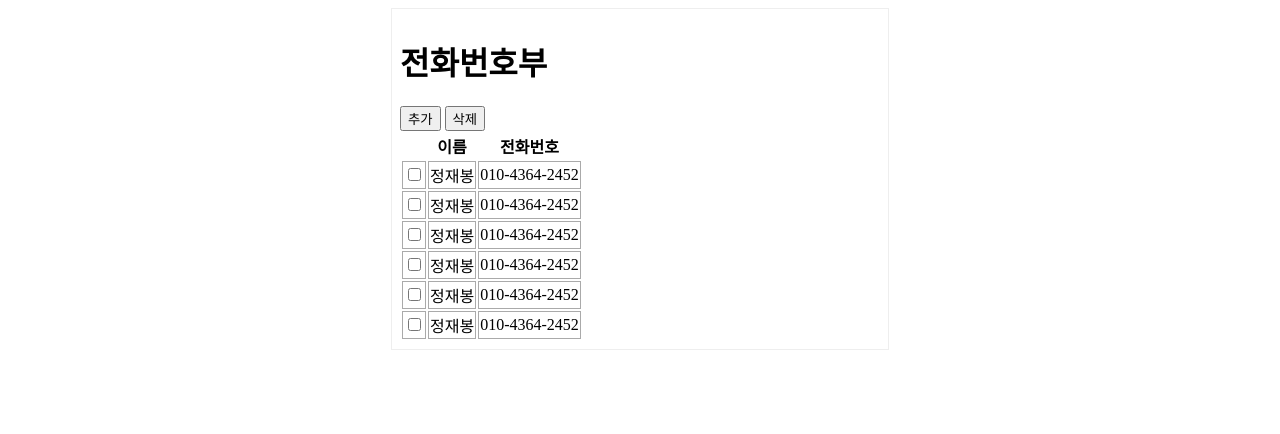
Repository: limjh0513/DGSW_JAVA
Page: http://localhost/web/phoneBook/phoneBook.html
An editor plug-in stored every save of this project. The page is shown before and after the next save, followed by the edit.
The browser window is 1280 px wide. The pictures show the whole page.
The page is served by Tomcat 9. Other server files are loaded and not shown.

Above is the page before, as saved 2021-11-03 02:15:35.

### 2학기/JAVA_WEB/web/src/main/webapp/phoneBook/phoneBook.html
<!DOCTYPE html>
<html>
<head>
<meta charset="EUC-KR">
<title>전화번호부</title>
<link rel="stylesheet" href="css/phoneBook.css" />
</head>
<body>
	<div class="main">
		<h1>전화번호부</h1>
		<div >
			<button>추가</button>
			<button>삭제</button>
		</div>

		<table>
			<thead>
				<tr>
					<th></th>
					<th>이름</th>
					<th>전화번호</th>
				</tr>
			</thead>
			<tbody>
				<tr>
					<td><input type="checkbox" /></td>
					<td>정재봉</td>
					<td>010-4364-2452</td>
				</tr>
			<tbody>
				<tr>
					<td><input type="checkbox" /></td>
					<td>정재봉</td>
					<td>010-4364-2452</td>
				</tr>
			<tbody>
				<tr>
					<td><input type="checkbox" /></td>
					<td>정재봉</td>
					<td>010-4364-2452</td>
				</tr>
			<tbody>
				<tr>
					<td><input type="checkbox" /></td>
					<td>정재봉</td>
					<td>010-4364-2452</td>
				</tr>
			<tbody>
				<tr>
					<td><input type="checkbox" /></td>
					<td>정재봉</td>
					<td>010-4364-2452</td>
				</tr>
			<tbody>
				<tr>
					<td><input type="checkbox" /></td>
					<td>정재봉</td>
					<td>010-4364-2452</td>
				</tr></table>
	</div>
</b
		ody>
</html>

### 2학기/JAVA_WEB/web/src/main/webapp/phoneBook/css/phoneBook.css
@charset "EUC-KR";

.main {
	width: 30rem;
	border: 1px solid #EEE;
	margin: 0 auto 0 auto;
	padding: 0.5rem;
}

.btn{
	text-align: rigth;
	padding-right: 3rem;
	margin-bottom: 0.5rem;
}

.list{
	width: 95%;
	margin: 0 auto 0 auto;
	border-collapse: collapse;
}

.list th, td{
	border: 1px solid #AAA;
}

After the next save:
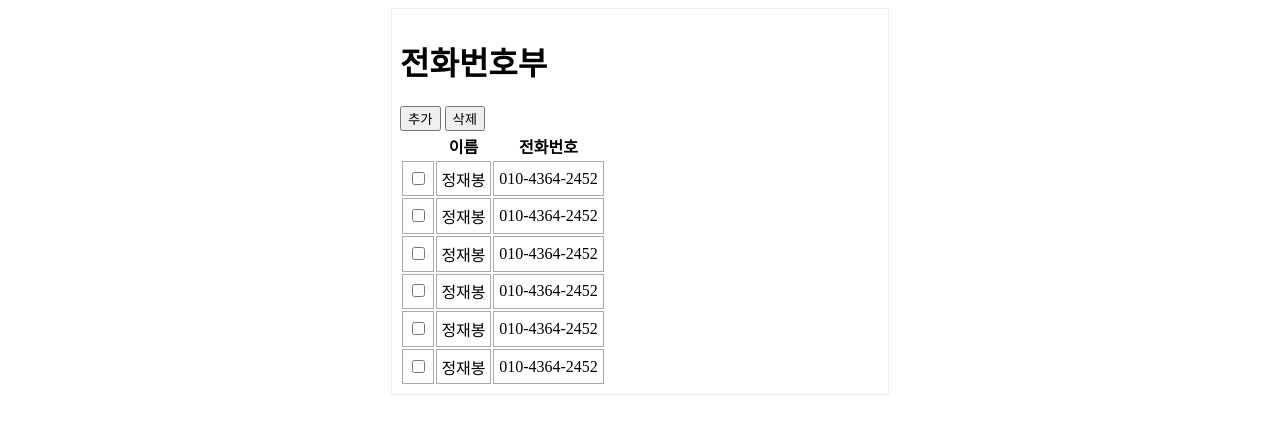
Saved 17 s later.
--- a/2학기/JAVA_WEB/web/src/main/webapp/phoneBook/css/phoneBook.css
+++ b/2학기/JAVA_WEB/web/src/main/webapp/phoneBook/css/phoneBook.css
@@ -21,4 +21,5 @@
 
 .list th, td{
 	border: 1px solid #AAA;
+	padding: 0.3rem;
 }
